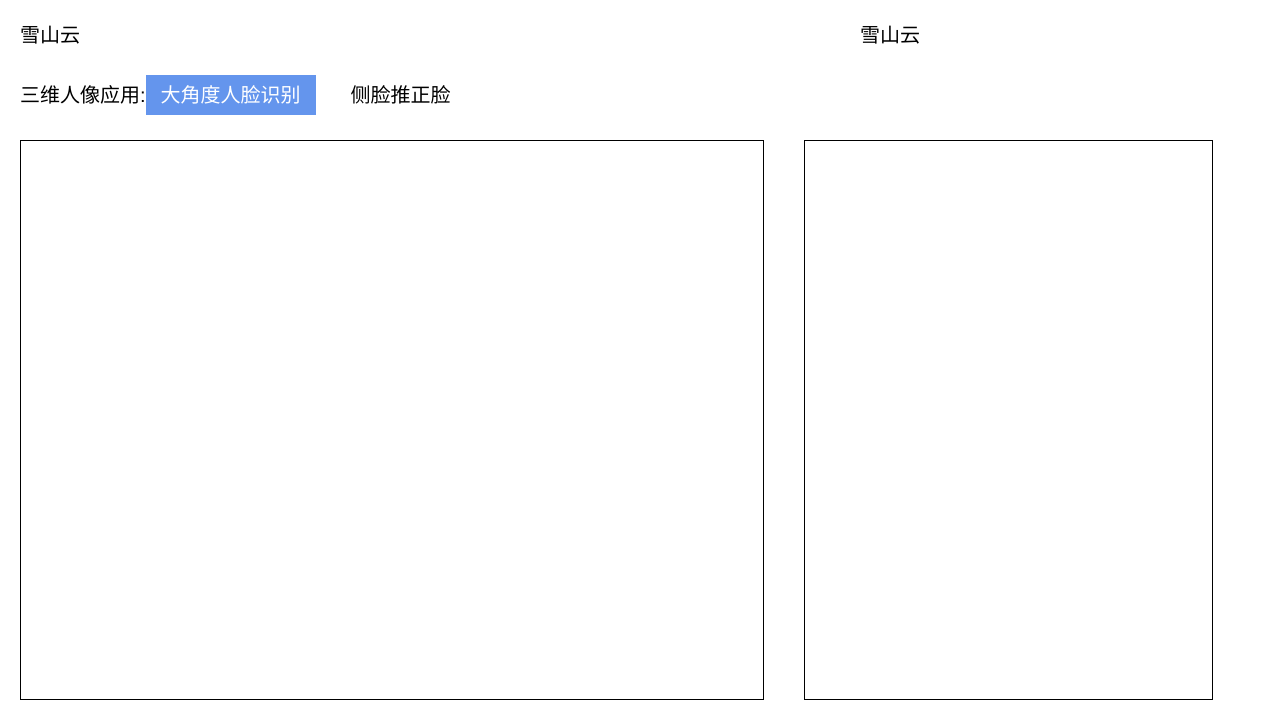
Repository: fyt2020/pubilcDemlo
Page: /
An editor plug-in stored every save of this project. The page is shown before and after the next save, followed by the edit.
The browser window is 1280 px wide. The pictures show the whole page.
The project was rebuilt for these pictures with package versions that can differ from the ones it lists, and the page was loaded fresh each time.

Above is the page before, as saved 2020-04-27 12:54:44.

### index.html
<!DOCTYPE html>
<html>
  <head>
    <meta charset="utf-8">
    <meta name="viewport" content="width=device-width,initial-scale=1.0">
    <title>pubilcdemo</title>
    <script src="./static/config.js"></script>
    <script src="./static/main.js"></script>
  </head>
  <body>
    <div id="app"></div>
    <!-- built files will be auto injected -->
  </body>
</html>

### src/main.js
// The Vue build version to load with the `import` command
// (runtime-only or standalone) has been set in webpack.base.conf with an alias.
import Vue from 'vue'
import App from './App'
import router from './router'
import '@/assets/css/reset.css'
import axios from '@/plugins/axios';

Vue.config.productionTip = false
Vue.prototype.$http = axios;
/* eslint-disable no-new */
new Vue({
  el: '#app',
  router,
  components: { App },
  template: '<App/>'
})

### src/router/index.js
import Vue from 'vue'
import Router from 'vue-router'
import Home from '@/pages/Home'

Vue.use(Router)

export default new Router({
  linkExactActiveClass: "exactActive",
  linkActivesClass: "active",
  routes: [
    {
      path: '/',
      name: 'home',
      component: Home,
      meta:{
        needTooken:false
      },
      redirect:'/bigAngle',
      children:[
        {
          path: 'bigAngle',
          name: 'bigAngle',
          component: () => import("@/pages/bigAngle"),
          meta:{
            needTooken:false
          },

        },
        {
          path: 'face',
          name: 'face',
          component: () => import("@/pages/face"),
          meta:{
            needTooken:false
          },

        }

      ]
    }
  ]
})

### src/assets/css/reset.css
@charset "UTF-8";
/**
 * @desc pc端常用reset.css
 * @author archer
 * @date 2018-08-26
 */
html,body,div,p,ul,li,dl,dt,dd,em,i,span,a,img,input,h1,h2,h3,h4,h5,nav,section,footer,header,table,tr,th,td,ul,li{margin:0;padding:0;box-sizing: border-box;}
h1,h2,h3,h4,h5,h6{font-weight:normal}
i,em,b{font-style:normal}
article,aside,details,figcaption,figure,footer,header,menu,nav,section {display: block;}
a,img,input {border:none;}
a {text-decoration:none;}
a:hover, a:active {outline: none;}
ul,li{list-style: none}
button,input,select,textarea{font-size:100%;outline:none}
table{border-collapse:collapse;border-spacing:0}
html, body {width: 100%;height: 100%;}
body{font-family:"Helvetica Neue",Helvetica, Arial,sans-serif; font-size: 14px;line-height:1}

### src/pages/Home.vue
<template>
  <div class="home">
      <div class="header">
           <div class="header__left">
                <img src="" alt="">
                <span>雪山云</span>
           </div>
           <div class="header__right">
                <span>雪山云</span>
           </div>
      </div>
      <div class="navigation">
            <span>三维人像应用:</span>
            <router-link tag="li" :to="{name:'bigAngle'}" class="navigation__item">大角度人脸识别</router-link>
            <router-link tag="li" :to="{name:'face'}" class="navigation__item">侧脸推正脸</router-link>
      </div>

      <div class="content">
         <router-view />
      </div>

  </div>
</template>

<script>
export default {
  data() {
    return {};
  },
  computed: {},
  created() {

  },
  mounted() {

  },
  methods: {

  },
  components: {}
};
</script>

<style lang="scss" scoped>
@import "@/assets/css/home.scss";
</style>

### src/pages/bigAngle.vue
<template>
    <div class="bigAngle">

        <div class="bigAngle__left">
             <div class="left__top">
                 <img src="" alt="">

             </div>
             <div class="left__bottom">
                 <ul class="recg__box">
                      <li class="recg__item">
                          <img src="" alt="">
                      </li>
                 </ul>
             </div>
        </div>
        <div class="bigAngle__right">
             <div class="right__top"></div>
             <div class="right__bottom"></div>
        </div>

    </div>
</template>

<script>
export default {
    props: {

    },
    data() {
        return {

        };
    },
    computed: {

    },
    created() {

    },
    mounted() {

    },
    watch: {

    },
    methods: {

    },
    components: {

    },
};
</script>

<style scoped lang="scss">
@import "@/assets/css/bigAngle.scss";
</style>

### src/assets/css/home.scss
.home{
    font-size: 20px;
    width: 100vw;
    height: 100vh;
    .header{

        width: 100%;
        height: 70px;
        display: flex;
        align-items: center;
        justify-content: space-between;
        padding: 0 20px;
        .header__left{
            height: 100%;
            width: 400px;
            display: flex;
            align-items: center;
        }
        .header__right{
            height: 100%;
            width: 400px;
            display: flex;
            align-items: center;
        }
    }
    .navigation{
        width: 100%;
        height: 50px;
        display: flex;
        align-items: center;
        box-sizing: border-box;
        padding: 0 20px;
        &__item{
            height: 40px;
            line-height: 40px;
            box-sizing: border-box;
            padding: 0 15px;
            margin-right: 20px;
        }
        &__item.exactActive{
             display: flex;
             background-color: cornflowerblue;
             color: #fff;
        }
    }
    .content{
        height: calc(100% - 120px);
        width: 100%;
        padding: 20px;
    }
}

### src/assets/css/bigAngle.scss
.bigAngle{
     display: flex;
     width: 100%;
     height: 100%;

     .bigAngle__left{

        width: 60%;
        height: 100%;
        border: 1px solid black;
        margin-right: 40px;

     }
     .bigAngle__right{

        width: 33%;
        height: 100%;
        border: 1px solid black;

     }
}

### static/config.js
window.BASEURL = {
};

Loaded but not shown: src/App.vue (common file); src/plugins/axios.js (library)

After the next save:
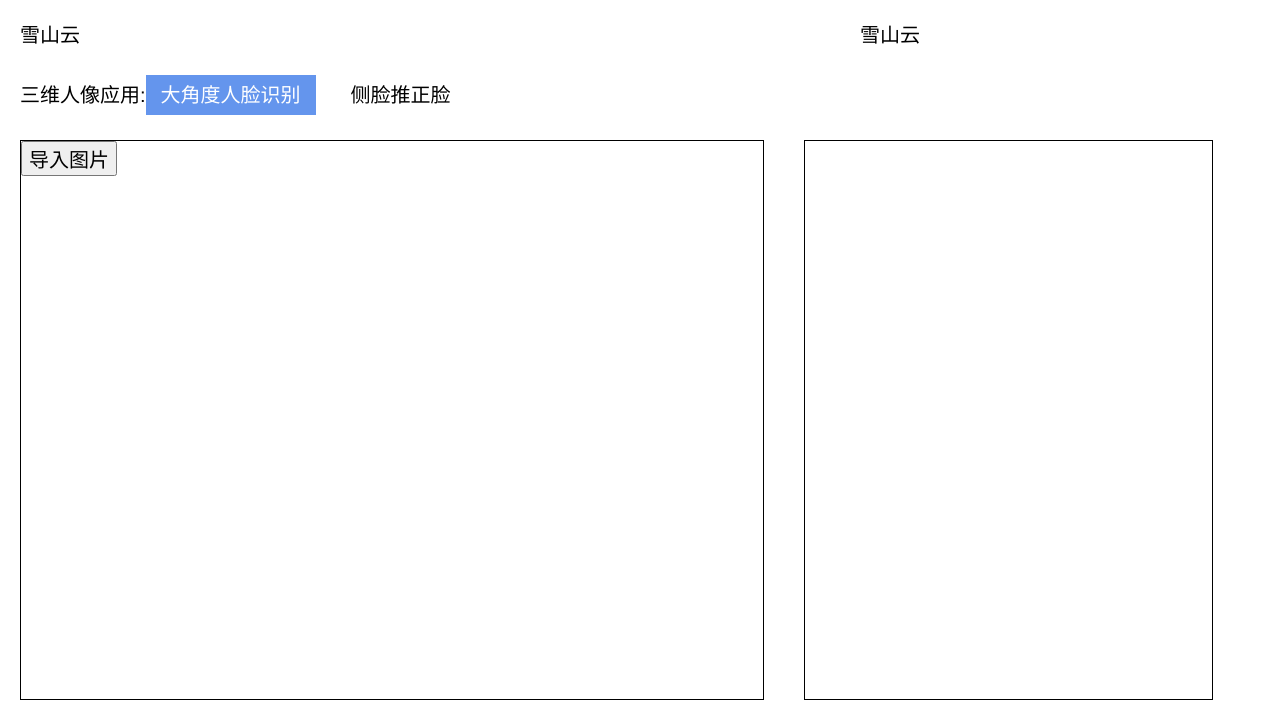
Saved 2 h 31 min later.
--- a/src/pages/bigAngle.vue
+++ b/src/pages/bigAngle.vue
@@ -4,6 +4,26 @@
         <div class="bigAngle__left">
              <div class="left__top">
                  <img src="" alt="">
+
+                   <button class="btn" @click="uploadFile2" v-if="btnKey">
+              导入图片
+              <form
+                name="fileList"
+                id="fileList"
+                action="uploadURL"
+                method="POST"
+                enctype="multipart/form-data"
+                class="file"
+              >
+                <input
+                  type="file"
+                  hidden
+                  @change="beforeUploadFile2($event)"
+                  id="upload_file2"
+                  class="file-inp"
+                />
+              </form>
+            </button>
 
              </div>
              <div class="left__bottom">
@@ -29,6 +49,7 @@ export default {
     },
     data() {
         return {
+            btnKey:true,
 
         };
     },
@@ -45,6 +66,12 @@ export default {
 
     },
     methods: {
+        uploadFile2(){
+
+        },
+        beforeUploadFile2(){
+
+        }
 
     },
     components: {
